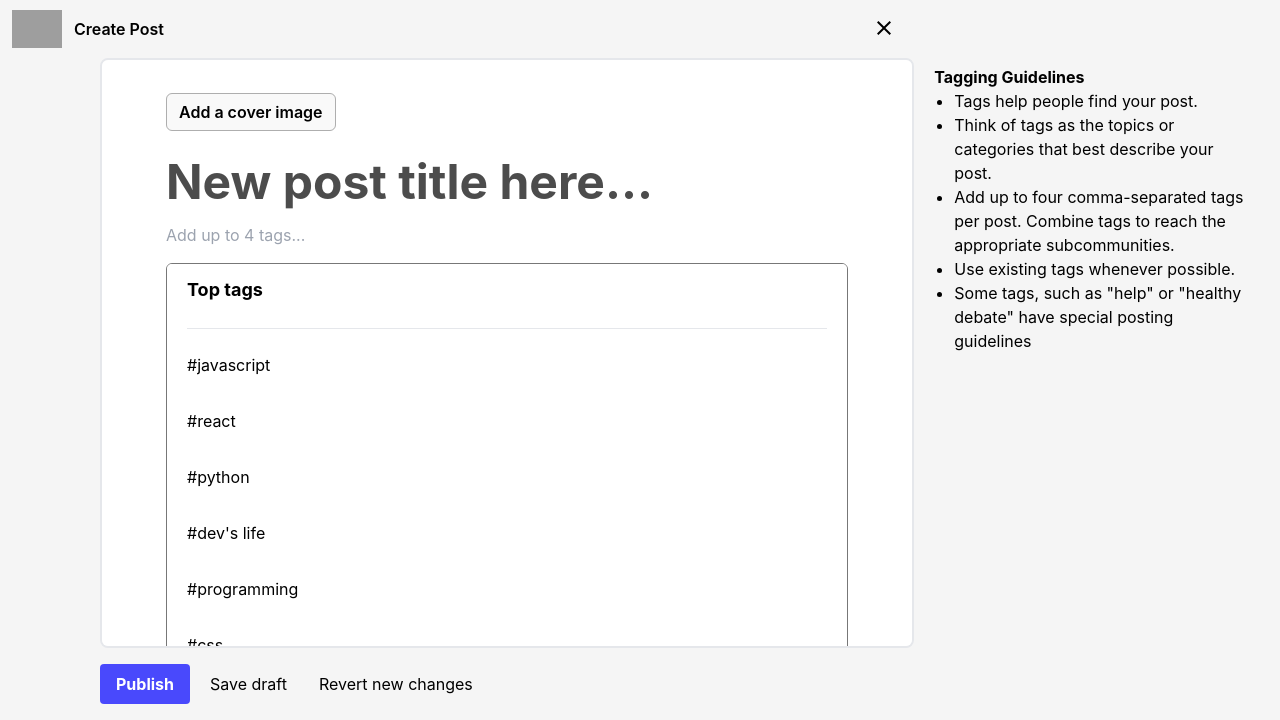
Repository: dat-nguyen-2001/Dev.to
Page: /new (app in client/)
The author's editor kept a copy of each file at every save. The page is drawn from the files as they stood at one save, then again after a run of saves.
The browser window is 1280 px wide. The pictures show the whole page.
Pictures or frames that could not be fetched are drawn as grey boxes. An inner scrolling area shows only its first screen. The project was rebuilt for these pictures with package versions that can differ from the ones it lists, and the page was loaded fresh each time. Also part of the build but not shown: client/src/components/Footer.tsx, client/src/components/nav/GuestNav.tsx, client/src/components/nav/NavBar.tsx, client/src/components/Layout.tsx, client/src/pages/about.tsx, client/src/components/SignInForm.tsx, client/src/components/SignInPlatform.tsx, client/src/pages/enter.tsx and 1 more.

Above is the page before, as saved 2022-09-25 12:02:42.

### client/public/index.html
<!DOCTYPE html>
<html lang="en">
  <head>
    <meta charset="utf-8" />
    <link rel="icon" href="%PUBLIC_URL%/dev.to-icon.png" />
    <meta name="viewport" content="width=device-width, initial-scale=1" />
    <meta name="theme-color" content="#000000" />
    <meta
      name="description"
      content="Web site created using create-react-app"
    />
  </head>
  <body>
    <noscript>You need to enable JavaScript to run this app.</noscript>
    <div id="root"></div>
  </body>
</html>

### client/src/index.tsx
import React from 'react';
import ReactDOM from 'react-dom/client';
import './index.css';
import App from './App';
import reportWebVitals from './reportWebVitals';

const root = ReactDOM.createRoot(
  document.getElementById('root') as HTMLElement
);
root.render(
  <React.StrictMode>
      <App />
  </React.StrictMode>
);

// If you want to start measuring performance in your app, pass a function
// to log results (for example: reportWebVitals(console.log))
// or send to an analytics endpoint. Learn more: https://bit.ly/CRA-vitals
reportWebVitals();

### client/src/index.css
@tailwind base;
@tailwind components;
@tailwind utilities;

body {
  margin: 0;
  font-family: -apple-system, BlinkMacSystemFont, 'Segoe UI', 'Roboto', 'Oxygen',
    'Ubuntu', 'Cantarell', 'Fira Sans', 'Droid Sans', 'Helvetica Neue',
    sans-serif;
  -webkit-font-smoothing: antialiased;
  -moz-osx-font-smoothing: grayscale;
  background-color: #f5f5f5;
}

code {
  font-family: source-code-pro, Menlo, Monaco, Consolas, 'Courier New',
    monospace;
}


.space-between {
  justify-content: space-between;
}

.icon {
  @apply w-9 h-9 hover:text-[blue]/70 hover:bg-[#e2e3f3] text-center cursor-pointer rounded py-1
}

/* make words between a line */

.linedWord::before, .linedWord::after {
  content: "";
  flex: 1 1;
  border-bottom : 1px solid black;
  margin: auto
}

.linedWord::before {
  margin-right: 5px
}

.linedWord::after {
  margin-left: 5px
}

.registerInput {
  @apply h-[40px] border-[1px] rounded pl-1
}

### client/src/App.tsx
import {
  BrowserRouter as Router,
  Routes,
  Route,
} from 'react-router-dom';

import AboutPage from './pages/about';
import SignIn from './pages/enter';
import HomePage from './pages/home';
import New from './pages/new';

function App() {
  return (<Router>
    <Routes>
    <Route path='/' element={< HomePage />}></Route>
      <Route path='/about' element={< AboutPage />}></Route>
      <Route path='/enter' element={< SignIn />}></Route>
      <Route path='/new' element={< New />}></Route>
    </Routes>
  </Router>

  );
}

export default App;

### client/src/pages/new.tsx
import ClearIcon from '@mui/icons-material/Clear';
import FormatListNumberedIcon from '@mui/icons-material/FormatListNumbered';
import FormatListBulletedIcon from '@mui/icons-material/FormatListBulleted';
import FormatBoldIcon from '@mui/icons-material/FormatBold';
import FormatItalicIcon from '@mui/icons-material/FormatItalic';
import ImageIcon from '@mui/icons-material/Image';
import AttachmentIcon from '@mui/icons-material/Attachment';
import MoreVertIcon from '@mui/icons-material/MoreVert';
import FormatQuoteIcon from '@mui/icons-material/FormatQuote';
import CodeIcon from '@mui/icons-material/Code';
import BoltIcon from '@mui/icons-material/Bolt';
import { useEffect, useState } from 'react';

const New = () => {

    //Handle creating new article
    const createArticle = () => {
        console.log('created!')
    }

    //Preview image uploaded by user
    const [url, setUrl] = useState<string>('')
    const handlePreviewImage = (e: any) => {
        const file = e.target.files[0];
        const url = URL.createObjectURL(file);
        setUrl(url)
    }

    //Handle tags
    const tags = ["javascript", "react", "python", "dev's life", "programming", "css", "html", "typescript", "mongodb"]

    // Resize textarea when typing
    const textarea = document.querySelector('textarea');
    const handleResize = (e: any) => {
        const area = e.target;
        area.style.height = "auto";
        area.style.height = area.scrollHeight + "px";
    }
    if (textarea !== null) {
        textarea.addEventListener('input', handleResize)
    }


    return (
        <div className='md:grid grid-cols-4 bg-[#f5f5f5] lg:grid-cols-7 2xl:pl-[100px]'>
            <div className='flex flex-col content-center h-screen col-span-3 lg:col-span-5'>
                <div className='h-[8vh] flex items-center space-between px-3'>
                    <div className='flex items-center space-x-3'>
                        <a href='/' className='hidden md:inline'>
                            <img src="https://dev-to-uploads.s3.amazonaws.com/uploads/logos/resized_logo_UQww2soKuUsjaOGNB38o.png" width={50} className="cursor-pointer" />
                        </a>
                        <p className='font-semibold'>Create Post</p>
                    </div>
                    <div className='icon'>
                        <a href='/'>
                            <ClearIcon />
                        </a>
                    </div>
                </div>
                <div className='overflow-y-auto bg-white h-[82vh] border-[2px] rounded-lg flex flex-col py-3 md:py-10 px-2 md:px-16 space-y-5 lg:ml-[100px]'>
                    <form>
                        <input type="file" name='file' id='file' onChange={handlePreviewImage} className='w-0 h-0 opacity-0 overflow-hidden absolute z-[-1] ' />
                        <label htmlFor='file' className='bg-[#f9f9f9] font-semibold px-3 py-2 cursor-pointer rounded-md border-black/30 border-[1.5px]'>Add a cover image</label>
                    </form>

                    {/* preview image */}
                    {url !== "" &&
                        <div className='flex items-center space-x-10'>
                            <img src={url} width={200} />
                            <button className='text-lg px-3 py-1 text-[red] hover:bg-[#eeeeee] rounded-md' onClick={() => setUrl('')}>Remove</button>
                        </div>}

                    <form>
                        <input placeholder='New post title here...' className='text-3xl md:text-4xl lg:text-5xl w-full h-[130%] outline-none font-bold placeholder-black/70' />
                    </form>
                    <form className='relative'>
                        <input placeholder='Add up to 4 tags...' className='w-full outline-none' />
                        <div className='z-[100] absolute top-10 flex flex-col space-y-3 px-5 bg-white w-full border-[.1em] border-solid border-[#777] rounded-md max-h-[500px] overflow-y-auto'>
                            <h2 className='text-lg font-bold py-3'>Top tags</h2>
                            <hr></hr>
                            <ul className='flex flex-col space-y-2 cursor-pointer'>
                                {tags.map(tag => (
                                    <li key={tag} className='py-3'>#{tag}</li>
                                ))}
                            </ul>
                        </div>
                    </form>
                    <div className='bg-[#f9f9f9] w-full'>
                        <div className='flex space-between py-4 px-2 '>
                            <div className='flex space-x-3'>
                                <div className='icon'>
                                    <FormatBoldIcon />
                                </div>
                                <div className='icon'>
                                    <FormatItalicIcon />
                                </div>
                                <div className='icon hidden sm:inline'>
                                    <AttachmentIcon />
                                </div>
                                <div className='icon'>
                                    <FormatListNumberedIcon />
                                </div>
                                <div className='icon'>
                                    <FormatListBulletedIcon />
                                </div>
                                <div className='icon hidden md:inline'>
                                    <FormatQuoteIcon />
                                </div>
                                <div className='icon hidden md:inline'>
                                    <CodeIcon />
                                </div>
                                <div className='icon hidden md:inline'>
                                    <BoltIcon />
                                </div>
                                <div className='icon'>
                                    <ImageIcon />
                                </div>
                            </div>
                            <div className='icon'>
                                <MoreVertIcon />
                            </div>
                        </div>

                    </div>
                    <div className='w-full'>
                        <textarea placeholder='Write your post content here...' className='outline-none text-lg w-full' />
                    </div>
                </div>
                <div className='h-[10vh] flex items-center px-3 space-x-2 lg:ml-[100px] lg:px-0'>
                    <button className='px-4 py-2 rounded bg-[blue]/70 hover:bg-[blue] text-white font-bold text-base' onClick={createArticle}>Publish</button>
                    <button className='px-3 py-2 rounded hover:text-[blue]/70 hover:bg-[#e2e3f3]'>Save draft</button>
                    <button className='hidden sm:inline px-3 py-2 rounded hover:text-[blue]/70 hover:bg-[#e2e3f3] text-md'>Revert new changes</button>
                </div>
            </div>

            <div className='hidden md:inline col-span-1 lg:col-span-2 h-[82vh] my-auto px-2 lg:px-5 md:mr-4'>
                <h1 className='font-bold'>Tagging Guidelines</h1>
                <ul className='text-[14px] lg:text-base list-disc pl-5 '>
                    <li>Tags help people find your post.</li>
                    <li>Think of tags as the topics or categories that best describe your post.</li>
                    <li>Add up to four comma-separated tags per post. Combine tags to reach the appropriate subcommunities.</li>
                    <li>Use existing tags whenever possible.</li>
                    <li>Some tags, such as "help" or "healthy debate" have special posting guidelines</li>
                </ul>
            </div>

        </div>
    )
}

export default New

Loaded but not shown: client/src/reportWebVitals.ts (common file); client/tailwind.config.js (common file)

After the next 2 saves:
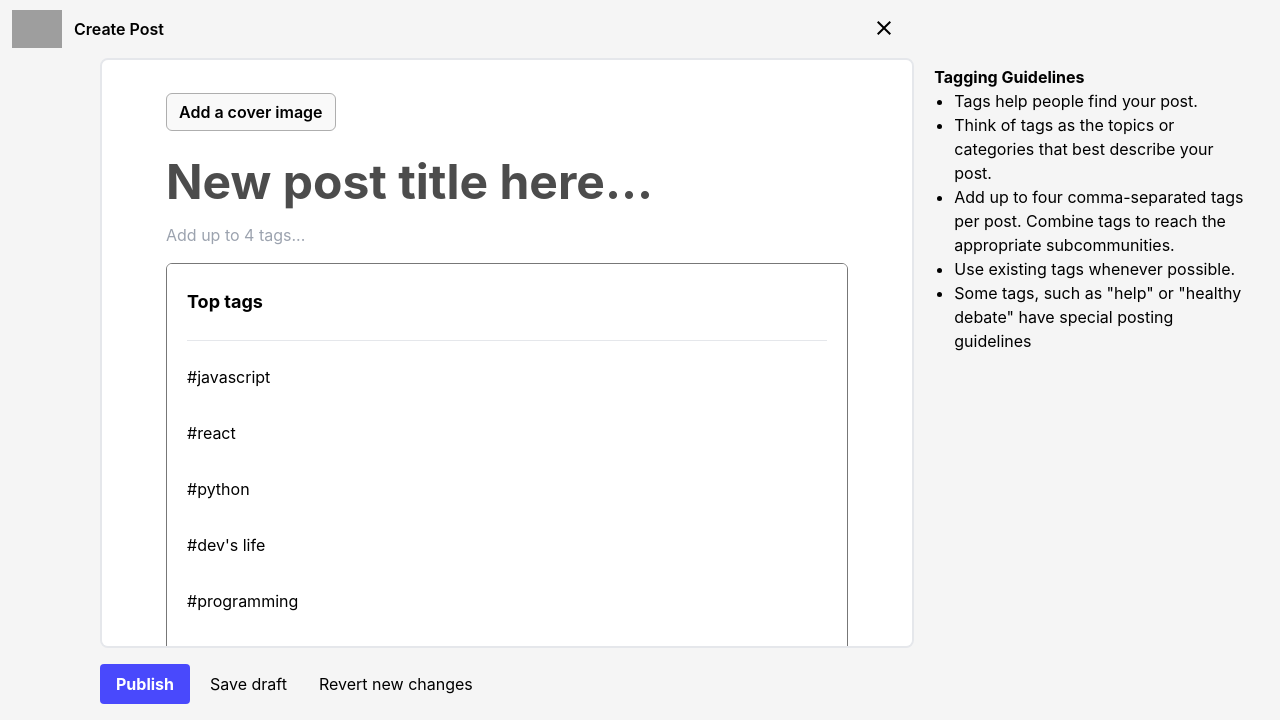
The 2 saves are shown as one change because they came seconds apart.
The last was saved 29 s later.
--- a/client/src/pages/new.tsx
+++ b/client/src/pages/new.tsx
@@ -75,7 +75,7 @@ const New = () => {
                     </form>
                     <form className='relative'>
                         <input placeholder='Add up to 4 tags...' className='w-full outline-none' />
-                        <div className='z-[100] absolute top-10 flex flex-col space-y-3 px-5 bg-white w-full border-[.1em] border-solid border-[#777] rounded-md max-h-[500px] overflow-y-auto'>
+                        <div className='z-[100] absolute top-10 flex flex-col space-y-3 px-5 py-3 bg-white w-full border-[.1em] border-solid border-[#777] rounded-md max-h-[500px] overflow-y-auto'>
                             <h2 className='text-lg font-bold py-3'>Top tags</h2>
                             <hr></hr>
                             <ul className='flex flex-col space-y-2 cursor-pointer'>
